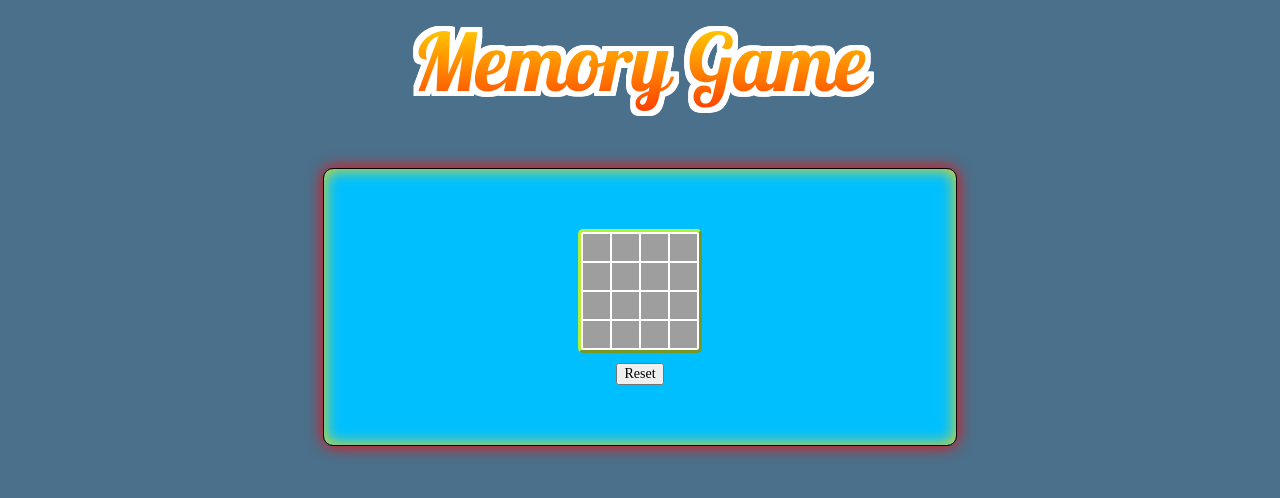
Repository: jn222rv/1dv403-laborationer
Page: 3-gameon/memory/index.html
The author's editor kept a record of every edit. The page is drawn from the files as they stood at one moment, then again after the next edit.
The browser window is 1280 px wide. The pictures show the whole page.
Pictures or frames that could not be fetched are drawn as grey boxes.

Above is the page before.
Not found: 3-gameon/memory/css/pixel.otf

### 3-gameon/memory/index.html
<!doctype html>
<html>
    <head>
        <meta charset="UTF-8"/>
        <link rel="stylesheet" href="css/basic.css" type="text/css" />
        <title>Memory</title>
        <script src="script/random.js"></script>
        <script src="script/memory.js"></script>
    </head>
    <body>
        <img id="logo" src="pics/logo.png"></img>
        <div id="main">
            <div id="table"></div>
        </div>
    </body>
</html>

### 3-gameon/memory/css/basic.css
@font-face {
    font-family: "pixel";
    src: url("pixel.otf");
}

body {
    background-color:#4A708B;
}

#main {
    width:50%;
    height:50%;
    margin:0px auto;
    background-color:#00BFFF;
    border:1px black solid;
    border-radius:10px;
    box-shadow: inset 0 0 1em gold, 0 0 1em red;
    padding-top:50px;
    padding-bottom:50px;
}

#table {
    margin:0px auto;
    width:150px;
    padding-bottom:10px;
    padding-top:10px;
}

table {
    margin:0px auto;
    background-color:#FFFFFF;
    margin-bottom:10px;
    border:3px #B3EE3A outset;
    border-radius:5px;
}

input {
    display:block;
    margin:0px auto;
    font-family:"pixel";
    font-size:14px;
}

.text {
    text-align:center;
}

p {
    font-size:32px;
    text-shadow: 1px 1px 2px black, 0 0 1em blue, 0 0 0.1em blue;
    color:#EE7942;
    margin-bottom:50px;
}

a {
    display:block;
    width:100%;
    height:100%;
}

img.normal {
    width:100%;
    height:100%;
    opacity:1;
}

img.hidden {
    width:100%;
    height:100%;
    opacity:0;
}

img#logo {
    display:block;
    margin-left:auto;
    margin-right:auto;
    margin-top:25px;
    margin-bottom:50px;
}

td {
    width:25px;
    height:25px;
    background-size: 100% 100%;
    background-image:url("../pics/0.png");
}

### 3-gameon/memory/script/random.js
var RandomGenerator = {

	/*
		Denna metod tar antalet rader och columner som inparameter.

		Metoden returnerar en array inneh�llandes utslumpade tal mellan 1 och (rows*cols)/2. Varje tal representeras tv�
		g�nger och motsvarar s�ledes en spelbricka.

		I en 4*4 matris kan Arrayen t.ex. se ut s� h�r:
		[1,2,6,8,6,2,5,3,1,3,7,5,8,4,4,7]

		I en 2*4 matris kan Arrayen t.ex. se ut s� h�r:
		[3,4,4,1,2,1,2,3]
	*/

	getPictureArray: function(rows, cols)
	{
		var numberOfImages = rows*cols;
		var maxImageNumber = numberOfImages/2;

	   	var imgPlace = [];

	   //Utplacering av bilder i Array
	   for(var i=0; i<numberOfImages; i++)
		  imgPlace[i] = 0;

		for(var currentImageNumber=1; currentImageNumber<=maxImageNumber; currentImageNumber++)
		{
			var imageOneOK = false;
			var imageTwoOK = false;

			do
			{
				if(imageOneOK == false)
				{
					var randomOne = Math.floor( (Math.random() * (rows*cols-0) + 0) );

					if( imgPlace[randomOne] == 0 )
					{
						imgPlace[randomOne] = currentImageNumber;
						imageOneOK = true;
					}
				}

				if(imageTwoOK == false)
				{
					var randomTwo = Math.floor( (Math.random() * (rows*cols-0) + 0) );

					if( imgPlace[randomTwo] == 0 )
					{
						imgPlace[randomTwo] = currentImageNumber;
						imageTwoOK = true;
					}
				}
			}
			while(imageOneOK == false || imageTwoOK == false);
		}

		return imgPlace;
	}
}

### 3-gameon/memory/script/memory.js
"use strict"

var MemoryGame = {

    array: [],
    row: 4,
    col: 4,
    cardsFlipped: 0,
    flippedArr: [],
    completePairs: [],
    pairs: 0,
    timeoutID: null,

    init: function(e){

        MemoryGame.array = RandomGenerator.getPictureArray(MemoryGame.row,MemoryGame.col);

        console.log(MemoryGame.array);

        MemoryGame.createTable();
    },

    createTable: function(){
        var div = document.querySelector("#table");
        console.log(div);

        var table = document.createElement("table");

        if((MemoryGame.row*MemoryGame.col)%2===1)
        {
            MemoryGame.row = 4;
            MemoryGame.col = 4;
        }

        for(var i = 0; i < MemoryGame.row; i++)
        {
            var tr = document.createElement("tr");

            for(var j = 0; j < MemoryGame.col; j++)
            {
                var data = document.createElement("td");
                var img = document.createElement("img");
                var a = document.createElement("a");

                img.setAttribute("src","pics/"+MemoryGame.array[(i*MemoryGame.col+j)]+".png");
                img.className = "hidden";

                a.setAttribute("href","#");

                a.addEventListener("click",MemoryGame.flipCard);
                a.addEventListener("keypress",MemoryGame.flipCard);

                a.appendChild(img);
                data.appendChild(a);

                tr.appendChild(data);
            }

            table.appendChild(tr);
        }

        var button = document.createElement("input");
        button.setAttribute("type","button");
        button.setAttribute("value","Reset");
        button.addEventListener("click",MemoryGame.reset);

        div.appendChild(table);
        div.appendChild(button);
    },

    flipCard: function(e){

        var node = e.target;

        if(node.nodeName === "A")
        {
            node = node.firstChild;
        }

        if(!(MemoryGame.flippedArr[0]&&node===MemoryGame.flippedArr[0]))
        {
            if(MemoryGame.cardsFlipped < 2&&MemoryGame.checkForComplete(node))
            {
                node.className = "normal";

                MemoryGame.flippedArr.push(node);
                MemoryGame.cardsFlipped++;
            }

            if(MemoryGame.cardsFlipped === 2)
            {
                MemoryGame.checkMatch();
            }
        }
    },

    checkForComplete: function(node){
        for(var i = 0; i < MemoryGame.completePairs.length;i++)
        {
            if(node.getAttribute("src")===MemoryGame.completePairs[i])
            {
                return false;
            }
        }

        return true;
    },

    checkMatch: function(){

        if(MemoryGame.flippedArr[0].getAttribute("src") === MemoryGame.flippedArr[1].getAttribute("src"))
        {
            MemoryGame.completePairs.push(MemoryGame.flippedArr[0].getAttribute("src"));
            MemoryGame.pairs++;
            MemoryGame.cardsFlipped = 0;
            MemoryGame.flippedArr = [];

            if(MemoryGame.pairs === (MemoryGame.row*MemoryGame.col)/2)
            {
                MemoryGame.winningMessage();
                var button = document.querySelector("input");
                button.setAttribute("value","Play Again?");
            }
        }
        else
        {
            if(!MemoryGame.timeoutID)
            {
                MemoryGame.timeoutID = window.setTimeout(MemoryGame.unflipCards,1000);
            }
        }
    },

    unflipCards: function(){

        for(var i = 0;i < 2;i++)
        {
            var node = MemoryGame.flippedArr[i];
            node.className = "hidden";
        }

        window.clearTimeout(MemoryGame.timeoutID);
        MemoryGame.timeoutID = null;

        MemoryGame.cardsFlipped -= 2;
        MemoryGame.flippedArr.splice(0,2);
    },

    reset: function(){
        var node = document.querySelector("#table");
        while (node.firstChild)
        {
            node.removeChild(node.firstChild);
        }

        MemoryGame.cardsFlipped = 0;
        MemoryGame.pairs = 0;
        MemoryGame.flippedArr = [];
        MemoryGame.completePairs = [];

        if(document.querySelector(".text"))
        {
            node = document.getElementById("main");
            node.removeChild(node.lastChild);
        }

        MemoryGame.init();

        console.log("Reset engage!!!")
    },

    winningMessage: function(){

        var div = document.createElement("div");
        div.className = "text";

        var p = document.createElement("p");
        p.innerHTML = "Du vann!!";

        div.appendChild(p);

        document.querySelector("#main").appendChild(div);

    }
}



window.onload = MemoryGame.init;

After the next edit:
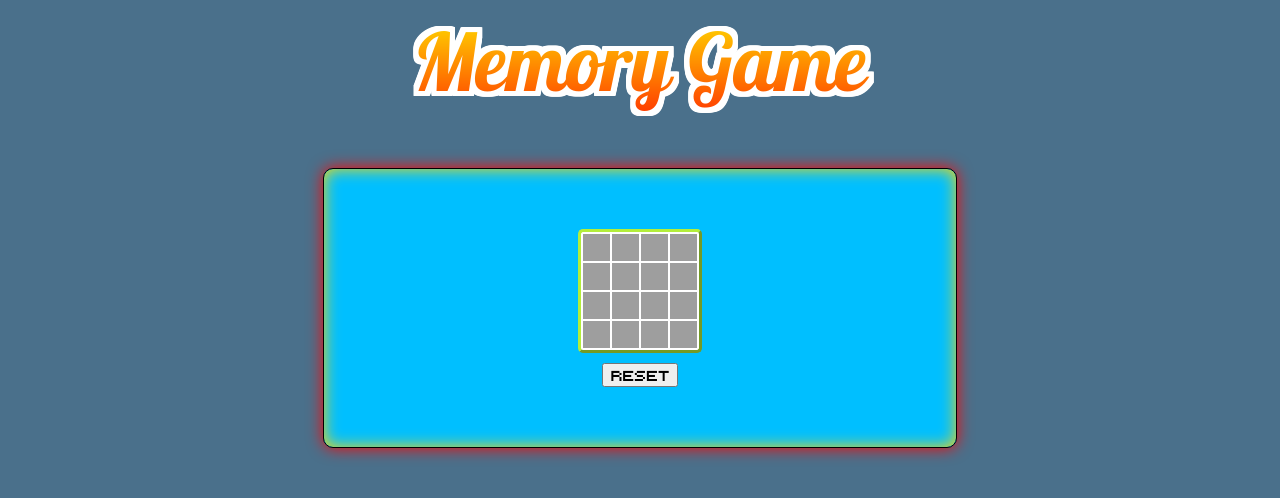
The edit:
--- a/3-gameon/memory/css/basic.css
+++ b/3-gameon/memory/css/basic.css
@@ -1,6 +1,6 @@
 @font-face {
     font-family: "pixel";
-    src: url("pixel.otf");
+    src: url("pixel.ttf");
 }
 
 body {
